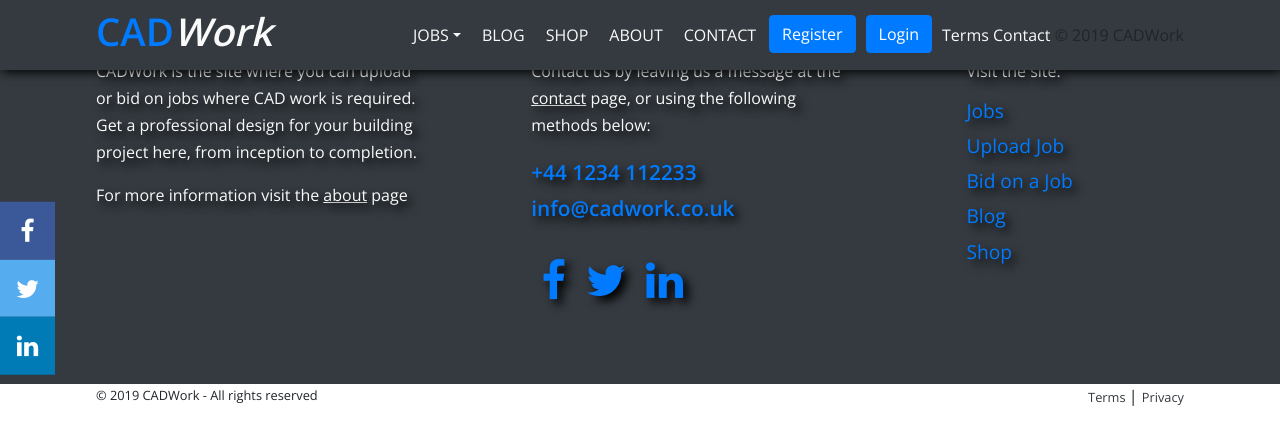
Repository: JShad30/cadwork
Page: templates/base.html
The author's editor kept a record of every edit. The page is drawn from the files as they stood at one moment, then again after the next edit.
The browser window is 1280 px wide. The pictures show the whole page.
The template is drawn by Django 2.2. The application's start-up code is not run. Other server files are loaded and not shown. The template is opened directly, without the code that normally fills it, so the values that code supplies are empty.

Above is the page before.

### templates/base.html
{% load staticfiles %}
<!DOCTYPE html>
<html lang="en">

<head>
	<!--Meta descriptions-->
    <meta charset="UTF-8">
    <meta name="viewport" content="width=device-width, initial-scale=1.0">
    <meta http-equiv="X-UA-Compatible" content="ie=edge">
    <meta name="description" content="Upload jobs and find a CAD Professional for your project">

    <!--Website title and description-->
    <title>CADWork</title>

    <!--Links to font awesome used for social icons and the css file and the bootstrap framework-->
    <link rel="stylesheet" href="https://stackpath.bootstrapcdn.com/bootstrap/4.3.1/css/bootstrap.min.css" integrity="sha384-ggOyR0iXCbMQv3Xipma34MD+dH/1fQ784/j6cY/iJTQUOhcWr7x9JvoRxT2MZw1T" crossorigin="anonymous">
    <link rel="stylesheet" href="https://cdnjs.cloudflare.com/ajax/libs/font-awesome/4.7.0/css/font-awesome.min.css">
    <link rel="stylesheet" href="{% static 'css/styles.css' %}">
</head>

<!--This html page will have the navbar and footer that will be used on every one of the pages-->
<body>

	<nav class="navbar navbar-expand-lg navbar-dark bg-dark">
		<div class="navbar-container">
			<div class="navbar-logo-dropdown-icon">
			    <h2 class="navbar-logo"><a class="navbar-brand" href="#"><span class="navbar-logo-blue">CAD</span><span class="navbar-logo-white">Work</span></a></h2>
			    <button class="navbar-toggler" type="button" data-toggle="collapse" data-target="#navbarNavDropdown" aria-controls="navbarNavDropdown" aria-expanded="false" aria-label="Toggle navigation">
			        <span class="navbar-toggler-icon"></span>
			    </button>
		    </div>
		    <div class="collapse navbar-collapse" id="navbarNavDropdown">
		        <ul class="navbar-nav ml-1">
		        	<li class="nav-item">
		                <a class="nav-link dropdown-toggle" href="#" id="navbarDropdownMenuLink" role="button" data-toggle="dropdown" aria-haspopup="true" aria-expanded="false">Jobs</a>
		        		<div class="dropdown-menu bg-dark" aria-labelledby="navbarDropdownMenuLink">
				            <a class="dropdown-item pl-3" href="#">Upload</a>
				            <a class="dropdown-item pl-3" href="#">Bid</a>
		        		</div>
		      		</li>
		            <li class="nav-item">
		                <a class="nav-link" href="#">Blog</a>
		            </li>
		            <li class="nav-item">
		                <a class="nav-link" href="#">Shop</a>
		            </li>
		            <li class="nav-item">
		                <a class="nav-link" href="#">About</a>
		            </li>
		            <li class="nav-item">
		                <a class="nav-link" href="#">Contact</a>
		            </li>
		            <!--Buttons that link to pages allowing the user to sign up or login to their membership area-->

	                {% if user.is_authenticated %}
	                <!--Account link which only appears if user is logged in-->
	                <div class="nav-item">
	                	<a class="nav-link" href="#">Account</a>
	                </div>
	                <div class="nav-item">
	                	<button class="btn btn-info" href="#" role="button">Logout</button>
	                </div>

		            {% else %}
		            <div class="nav-item nav-buttons">
	                	<button class="btn btn-primary" href="#" role="button">Register</button>
	                	<button class="btn btn-primary" href="#" role="button">Login</button>
	                </div>
		            {% endif %}
		    	</ul>
		    	<!--Contact and about page only appears in mobile views-->
		        <div class="contact-about-navbar">
		          	<div class="contact-about-navbar-links">
			            <a id="terms-navbar" class="terms-privacy-link" href="#">Terms</a>
			            <a id="privacy-navbar" class="terms-privacy-link" href="#">Contact</a>
			            <span class="contact-about-link">&#169; 2019 CADWork</span>
			        </div>
		        </div>
		  	</div>
		</div>
	</nav>

    <!--These social icons only display where the website is being displayed on mobile views -->
    <div class="icon-bar-desktop-views">
		<a href="https://www.facebook.com/" target="_blank" class="icon-bar-facebook"><i class="fa fa-facebook"></i></a>
		<a href="https://twitter.com/" target="_blank" class="icon-bar-twitter"><i class="fa fa-twitter"></i></a>
		<a href="https://www.linkedin.com/?hl=en" target="_blank" class="icon-bar-linkedin"><i class="fa fa-linkedin"></i></a>
	</div>

    {% block content %}
    {% endblock %}

    <footer class="footer">
		<div class="footer-top">
			<div class="footer-container">
	            <!--Links at the top of the footer section-->
				<div class="footer-top-areas">
					<!--Select the recipes by meal type-->
					<div class="footer-section">
						<h3 class="footer-header">About Us</h3>
						<p class="footer-paragraph">CADWork is the site where you can upload or bid on jobs where CAD work is required. Get a professional design for your building project here, from inception to completion.</p>
						<p class="footer-paragraph">For more information visit the <span class="footer-about-contact-link"><a href="#">about</a></span> page</p>
					</div>
					<!--Select recipes by allergen requirements-->
					<div class="footer-section">
						<h3 class="footer-header">Contact Us</h3>
						<p class="footer-paragraph">Contact us by leaving us a message at the <span class="footer-about-contact-link"><a href="#">contact</a></span> page, or using the following methods below:</p>
						<div class="footer-contact options">
							<p class="footer-paragraph" id="footer-paragraph-phone"><a href="tel://+441234112233">+44 1234 112233</a></p>
							<p class="footer-paragraph" id="footer-paragraph-email"><a href="mailto:info@cadwork.co.uk">info@cadwork.co.uk</a></p>
						</div>
						<!--Social links in the footer-->
						<div class="footer-social">
			                <ul class="social-links">
			                    <li class="social"><a class="dropdown-content-link social-link" href="https://www.facebook.com/" target="_blank"><i class="fa fa-facebook"></i></a></li>
			                    <li class="social"><a class="dropdown-content-link social-link" href="https://twitter.com/" target="_blank"><i class="fa fa-twitter"></i></a></li>
			                    <li class="social"><a class="dropdown-content-link social-link" href="https://www.linkedin.com/?hl=en" target="_blank"><i class="fa fa-linkedin"></i></a></li>
			                </ul>
			            </div>

					</div>
					<!--Allow the user to select the pages that show the most recent and the most popular recipes-->
					<div class="footer-section" id="footer-about-section">
						<h3 class="footer-header">Useful Links</h3>
						<p class="footer-paragraph">Visit the site:</p>
						<div class="footer-contact options">
							<p class="footer-paragraph footer-link"><a href="#">Jobs</a></p>
							<p class="footer-paragraph footer-link"><a href="#">Upload Job</a></p>
							<p class="footer-paragraph footer-link"><a href="#">Bid on a Job</a></p>
							<p class="footer-paragraph footer-link"><a href="#">Blog</a></p>
							<p class="footer-paragraph footer-link"><a href="#">Shop</a></p>
						</div>
					</div>
				</div>
			</div>
		</div>
		<!--Bottom section of the footer-->
		<div class="footer-bottom">
			<div class="footer-container">
	            <div class="footer-statement">
	            	<!--Copyright statement-->
	            	<p class="statement">&#169; 2019 CADWork - All rights reserved</p>
	            	<div class="footer-contact-about">
						<p class="footer-contact-about-links">
							<!--Links to the contact and about pages-->
							<span class="footer-contact-about-links-span"><a id="about-footer" class="terms-about-link" href="#">Terms </a></span><span class="footer-contact-about-links-divider">|</span>
				            <span class="footer-contact-about-links-span"><a id="contact-footer" class="terms-about-link" href="#">Privacy</a></span>
				        </p>
					</div>
	            </div>
	        </div>
		</div>
	</footer>

    <!--Scripts to run-->
    <script src="https://code.jquery.com/jquery-3.3.1.slim.min.js" integrity="sha384-q8i/X+965DzO0rT7abK41JStQIAqVgRVzpbzo5smXKp4YfRvH+8abtTE1Pi6jizo" crossorigin="anonymous"></script>
    <script src="https://cdnjs.cloudflare.com/ajax/libs/popper.js/1.14.7/umd/popper.min.js" integrity="sha384-UO2eT0CpHqdSJQ6hJty5KVphtPhzWj9WO1clHTMGa3JDZwrnQq4sF86dIHNDz0W1" crossorigin="anonymous"></script>
    <script src="https://stackpath.bootstrapcdn.com/bootstrap/4.3.1/js/bootstrap.min.js" integrity="sha384-JjSmVgyd0p3pXB1rRibZUAYoIIy6OrQ6VrjIEaFf/nJGzIxFDsf4x0xIM+B07jRM" crossorigin="anonymous"></script>

</body>

</html>

### static/css/styles.css
/*Font style imports*/

/*Colours to use in site*/
/*
blue colour - #007bff
dark grey - #343a40
White colour - #FAFAFA
*/

/*Importing the fonts */

/* Open Sans font to be used throughout the site */
@import url('https://fonts.googleapis.com/css?family=Open+Sans:400,600&display=swap');

/* Titillium web to be used for the headers throughout the site */
@import url('https://fonts.googleapis.com/css?family=Titillium+Web:400,700&display=swap');

/* Global styles styles*/

* {
    margin: 0;
    font-family: "Open Sans", sans-serif;
}

h1, h2, h3, h4, h5, h6 {
    font-family: "Titillium Web", sans-serif;
}







/*---------- Navbar ----------*/
.navbar {
    display: flex;
    justify-content: center;
    position: fixed;
    width: 100%;
    padding: 0;
    box-shadow: 2px 2px 10px #000000;
}

.nav-item {
    display: flex;
    flex-direction: column;
    justify-content: flex-start;
    width: 100%;
    align-items: flex-start;
}

.nav-link i {
    font-size: 1.2em;
}

.nav-buttons {
    margin: 20px 0;
    display: flex;
    flex-direction: row;
}

.dropdown-menu {
    position: absolute;
    width: 100%;
    border-color: rgba(255,255,255,0.1);
    border-width: 0.4px;
    width: 150px;
    border-radius: 0;
    border: 0.5px;
}

.dropdown-item {
    text-transform: uppercase;
    color: #FAFAFA;
}

.dropdown-item:hover {
    background-color: #343a40;
}

.btn-primary {
    font-size: 1.4em;
    margin-right: 20px;
}

.dropdown-item:hover {
    color: #007bff;
}

.navbar-container {
    width: 85%;
    max-width: 1200px;
}

.navbar-logo-dropdown-icon {
    height: 70px;
    display: flex;
    flex-direction: row;
    justify-content: space-between;
    align-items: center;
}

.navbar-logo a {
    font-size: 1.2em;
    font-weight: 600;
}

.navbar-logo-blue {
    color: #007bff;
}

.navbar-logo-white {
    color: #FAFAFA;
    font-style: italic;
}

.navbar-dark .nav-item .nav-link {
    text-transform: uppercase;
    color: #fafafa;
    font-weight: 400;
    font-size: 1em;
    margin-right: 5px;
    transition-duration: 0.1s;
    transition-timing-function: ease-in-out;
}

.navbar-dark .nav-item .nav-link:hover {
    transition-property: color;
    color: #007bff;
    transition-duration: 0.1s;
    transition-timing-function: ease-in-out;
}

.terms-privacy-navbar-links {
    display: flex;
    flex-direction: row;
    justify-content: space-between;
    padding: 20px 0;
}

.navbar-social-link .social-link i {
    color: #FAFAFA;
    font-size: 2em;
    margin: 10px 10px 10px 0;
    transition-duration: 0.1s;
    transition-timing-function: ease-in-out;
}

.navbar-social-link .social-link i:hover {
    color: #007bff;
    transition-duration: 0.1s;
    transition-timing-function: ease-in-out;
}

.terms-privacy-navbar a:hover {
    color: #007bff;
    text-decoration: none;
}

.terms-privacy-link {
    color: #FAFAFA;
}

.terms-privacy-navbar-divider {
    color: #FAFAFA;
}

/*---------- End of social icons at the side of the page in desktop views ----------*/







/*----------Social link bar----------*/
.icon-bar-desktop-views {
    top: 40%;
    position: fixed;
    -webkit-transform: translateY(-50%);
    -ms-transform: translateY(-50%);
    transform: translateY(-50%);
}

.icon-bar-desktop-views a {
    display: none;
    text-align: center;
    transition-timing-function: ease-in-out;
    padding: 10px 12px;
    transition-duration: 0.1s;
    color: white;
    font-size: 25px;
}

.icon-bar-facebook {
    background-color: #3B5998;
    color: #FFFFFF;
    width: 55px;
    transition-property: width;
    transition-timing-function: ease-in-out;
}

.icon-bar-facebook:hover {
    transition-property: width;
    transition-timing-function: ease-in-out;
    width: 65px;
}

.icon-bar-twitter {
    background-color: #55ACEE;
    color: #FFFFFF;
    width: 55px;
    transition-property: width;
    transition-timing-function: ease-in-out;
}

.icon-bar-twitter:hover {
    transition-property: width;
    transition-timing-function: ease-in-out;
    width: 65px;
}

.icon-bar-linkedin {
    background-color: #007bb5;
    color: #FFFFFF;
    width: 55px;
    transition-property: width;
    transition-timing-function: ease-in-out;
}

.icon-bar-linkedin:hover {
    transition-property: width;
    transition-timing-function: ease-in-out;
    width: 65px;
}

.icon-bar-facebook:hover,
.icon-bar-twitter:hover,
.icon-bar-linkedin:hover {
    padding-left: 20px;
}
/*----------End of Social link bar----------*/






/*---------- Footer ----------*/
.footer {
    display: flex;
    flex-direction: column;
    align-items: center;
}

.footer-bottom {
    width: 100%;
    display: flex;
    justify-content: center;
}

.footer-top {
    width: 100%;
    background-color: #343a40;
    display: flex;
    justify-content: center;
}

.footer-container {
    width: 85%;
    max-width: 1200px;
}

.footer-top-container {
    margin-top: 2.5em;
}

.footer-bottom-container {
    margin-top: 1em;
}

.footer-section {
    margin-bottom: 3em;
}

.footer-header {
    color: #FAFAFA;
    font-size: 2em;
    margin-bottom: .6em;
    text-shadow: 5px 5px 10px #000000;
}

.footer-paragraph {
    color: #FAFAFA;
    font-size: 1em;
    line-height: 1.7em;
    text-shadow: 5px 5px 10px #000000;
}

.footer-paragraph a {
    transition-duration: 0.1s;
    transition-timing-function: ease-in-out;
}

.footer-link {
    font-size: 1.2em;
    line-height: 1em;
}

.footer-paragraph a:hover {
    transition-property: color;
    color: #FAFAFA;
    transition-duration: 0.1s;
    transition-timing-function: ease-in-out;
    text-decoration: none;
}

.footer-paragraph span {
    text-decoration: underline;
}

.footer-paragraph span a {
    color: #FAFAFA;
    transition-duration: 0.1s;
    transition-timing-function: ease-in-out;
}

.footer-paragraph span a:hover {
    transition-property: color;
    color: #007bff;
    transition-duration: 0.1s;
    transition-timing-function: ease-in-out;
}

#footer-paragraph-phone,
#footer-paragraph-email {
    font-size: 1.3em;
    font-weight: 600;
    margin-bottom: 0;
    color: #007bff;
}

/*Social links at the top of the footer*/
.footer-social {
    width: 100%;
    display: flex;
    justify-content: left;
    align-items: center;
    min-height: 50px;
    margin: 30px 0;
}

.social-links {
    padding: 20px;
    display: flex;
    flex-direction: row;
    justify-content: space-around;
    padding: 0;
    margin: 0;
    list-style-type: none;
}

.social {
    margin: 0 10px;
}

.social-links li a {
    text-decoration: none;
}

.social-links li a i {
    font-size: 2.7em;
    display: flex;
    transition-duration: 0.1s;
    transition-timing-function: ease-in-out;
    color: #007bff;
    text-shadow: 5px 5px 10px #000000;
}

.social-links li a i:hover {
    transition-property: color;
    transition-duration: 0.1s;
    transition-timing-function: ease-in-out;
    color: #FAFAFA;
}

/* Footer copyright and terms and privacy links at the bottom*/
.footer-statement {
    display: flex;
    justify-content: space-between;
}

.statement,
.footer-contact-about-links-span {
    font-size: 0.8em;
}

.statement {
    display: flex;
    align-items: center;
}

.footer-contact-about-links-span a {
    color: #343a40;
    transition-duration: 0.1s;
    transition-timing-function: ease-in-out;
}

.footer-contact-about-links-span a:hover {
    text-decoration: none;
    color: #007bff;
    transition-duration: 0.1s;
    transition-timing-function: ease-in-out;
}

/*---------- End of Footer ----------*/









/*---------- Larger screen sizes ----------*/
/* Horizontal mobile screens */
@media(min-width: 500px) {
}

/*tablet screens*/
@media(min-width: 768px) {

    /*---------- Footer sections ----------*/
    .footer-top-areas {
        display: flex;
        flex-direction: row;
        justify-content: space-between;
    }

    .footer-section {
        width: 30%;
    }

    #footer-about-section {
        width: 20%;
    }
    /*---------- End of Footer sections ----------*/
}

/*Large tablet and small laptop screens*/
@media(min-width: 992px) {
    /*----------Navbar----------*/
    .navbar {
        padding: 0;
    }

    .navbar-container {
        display: flex;
        flex-direction: row;
        justify-content: space-between;
    }

    .terms-privacy-navbar {
        display: none;
    }

    .btn-primary {
        font-size: 1em;
        margin-right: 10px;
    }

    .nav-buttons {
        margin: 0;
    }

    .navbar-social-link {
        display: none;
    }

    .navbar-collapse {
        justify-content: flex-end;
    }

    /*----------Social link bar display----------*/
    .icon-bar-desktop-views a {
        display: block;
    }
    /*End of social link bar display*/
    /*----------End of Navbar in laptop and desktop views-----------*/

}

/*Larger laptop and desktop screens*/
@media(min-width: 1224px) {
}

After the next edit:
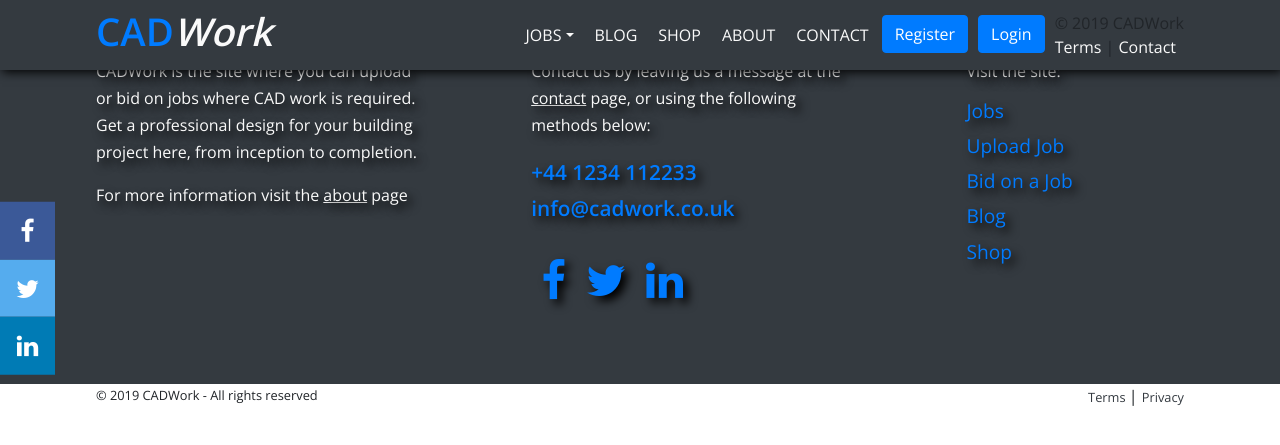
The edit:
--- a/templates/base.html
+++ b/templates/base.html
@@ -71,9 +71,10 @@
 		    	<!--Contact and about page only appears in mobile views-->
 		        <div class="contact-about-navbar">
 		          	<div class="contact-about-navbar-links">
-			            <a id="terms-navbar" class="terms-privacy-link" href="#">Terms</a>
+		          		<span class="contact-about-link">&#169; 2019 CADWork</span>
+		          		<div class="">
+			            <a id="terms-navbar" class="terms-privacy-link" href="#">Terms</a> |
 			            <a id="privacy-navbar" class="terms-privacy-link" href="#">Contact</a>
-			            <span class="contact-about-link">&#169; 2019 CADWork</span>
 			        </div>
 		        </div>
 		  	</div>
